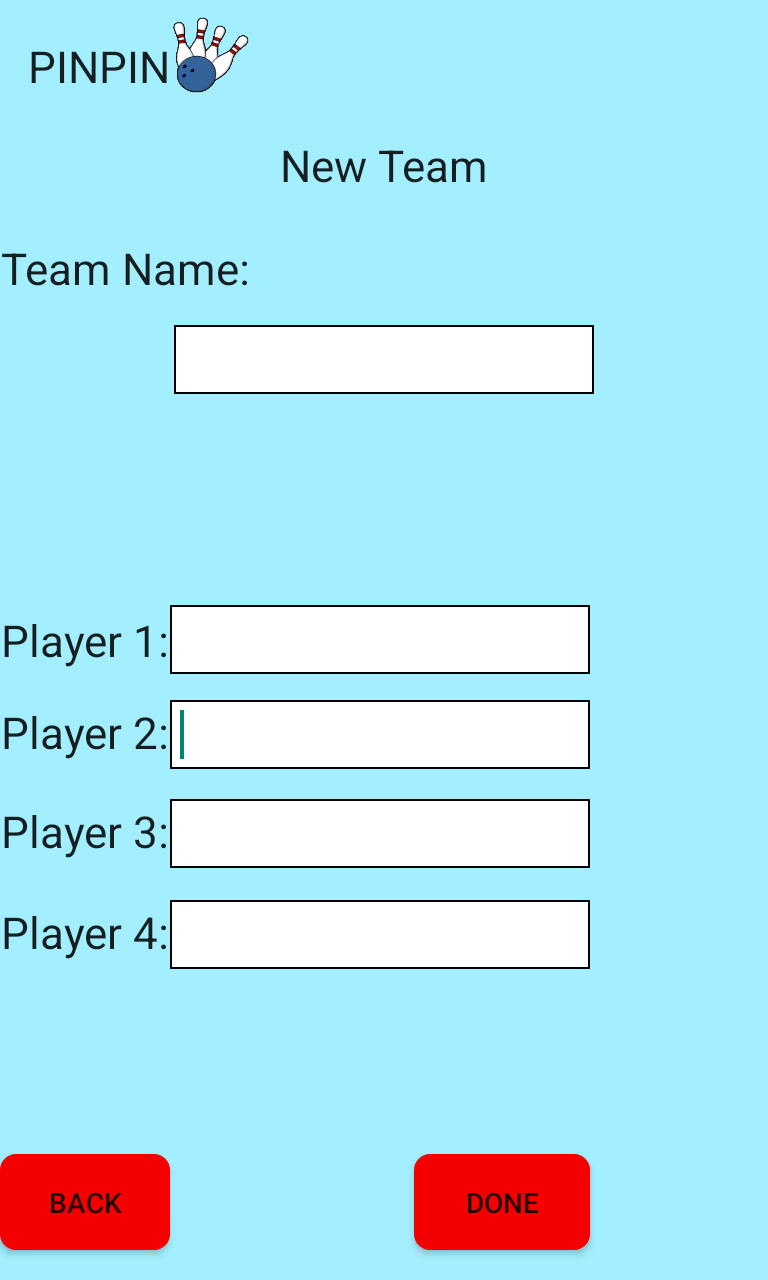
Repository: Atlaspud/TeamMasterE
Layout: BowlingGame/res/layout/new_team_fragment.xml
These files come from the project's save history. The layout is drawn as it stood at one moment and after the next save; the edit follows.
It is drawn on a 768 x 1280 px phone screen (xhdpi) without system bars, with theme AppTheme; the app's code is not run.

Above is the layout before, as saved 2014-10-28 16:46:24.

### BowlingGame/res/layout/new_team_fragment.xml
<?xml version="1.0" encoding="utf-8"?>
<RelativeLayout xmlns:android="http://schemas.android.com/apk/res/android"
    xmlns:tools="http://schemas.android.com/tools"
    android:layout_width="match_parent"
    android:layout_height="match_parent"
    android:background="@color/light_blue" >

    <ImageView
        android:id="@+id/imageView1"
        android:layout_width="40dp"
        android:layout_height="40dp"
        android:layout_alignBottom="@+id/textView1"
        android:layout_toRightOf="@+id/textView1"
        android:scaleType="fitXY"
        android:src="@drawable/pinpin_thumb"
        tools:ignore="ContentDescription" />

    <TextView
        android:id="@+id/textView1"
        android:layout_width="wrap_content"
        android:layout_height="wrap_content"
        android:layout_alignParentLeft="true"
        android:layout_alignParentTop="true"
        android:layout_marginLeft="14dp"
        android:layout_marginTop="18dp"
        android:text="PINPIN"
        android:textAppearance="?android:attr/textAppearanceLarge"
        tools:ignore="HardcodedText" />

    <TextView
        android:id="@+id/textView2"
        android:layout_width="wrap_content"
        android:layout_height="wrap_content"
        android:layout_below="@+id/imageView1"
        android:layout_centerHorizontal="true"
        android:layout_marginTop="20dp"
        android:text="New Team"
        android:textAppearance="?android:attr/textAppearanceLarge"
        tools:ignore="HardcodedText" />

    <EditText
        android:id="@+id/playerNameTwoTxt"
        android:layout_width="wrap_content"
        android:layout_height="wrap_content"
        android:layout_alignBaseline="@+id/TextView01"
        android:layout_alignBottom="@+id/TextView01"
        android:layout_alignLeft="@+id/playerNameOneTxt"
        android:background="@drawable/back"
        android:ems="10"
        android:padding="5dp"
        tools:ignore="TextFields" >

        <requestFocus />
    </EditText>

    <EditText
        android:id="@+id/playerNameThreeTxt"
        android:layout_width="wrap_content"
        android:layout_height="wrap_content"
        android:layout_alignBaseline="@+id/TextView02"
        android:layout_alignBottom="@+id/TextView02"
        android:layout_alignLeft="@+id/playerNameTwoTxt"
        android:background="@drawable/back"
        android:ems="10"
        android:padding="5dp"
        tools:ignore="TextFields" />

    <EditText
        android:id="@+id/playerNameFourTxt"
        android:layout_width="wrap_content"
        android:layout_height="wrap_content"
        android:layout_alignBaseline="@+id/TextView03"
        android:layout_alignBottom="@+id/TextView03"
        android:layout_alignLeft="@+id/playerNameThreeTxt"
        android:background="@drawable/back"
        android:ems="10"
        android:padding="5dp"
        tools:ignore="TextFields" />

    <TextView
        android:id="@+id/textView3"
        android:layout_width="wrap_content"
        android:layout_height="wrap_content"
        android:layout_alignRight="@+id/imageView1"
        android:layout_below="@+id/textView2"
        android:layout_marginTop="22dp"
        android:text="Team Name:"
        android:textAppearance="?android:attr/textAppearanceLarge"
        tools:ignore="HardcodedText" />

    <EditText
        android:id="@+id/newTeamTxt"
        android:layout_width="wrap_content"
        android:layout_height="wrap_content"
        android:layout_below="@+id/textView3"
        android:layout_centerHorizontal="true"
        android:layout_marginTop="14dp"
        android:background="@drawable/back"
        android:ems="10"
        android:padding="5dp"
        tools:ignore="TextFields,HardcodedText" />

    <EditText
        android:id="@+id/playerNameOneTxt"
        android:layout_width="wrap_content"
        android:layout_height="wrap_content"
        android:layout_alignLeft="@+id/imageView1"
        android:layout_centerVertical="true"
        android:background="@drawable/back"
        android:ems="10"
        android:padding="5dp"
        tools:ignore="TextFields" />

    <TextView
        android:id="@+id/TextView01"
        android:layout_width="wrap_content"
        android:layout_height="wrap_content"
        android:layout_below="@+id/playerNameOneTxt"
        android:layout_marginTop="14dp"
        android:layout_toLeftOf="@+id/playerNameTwoTxt"
        android:text="Player 2:"
        android:textAppearance="?android:attr/textAppearanceLarge"
        tools:ignore="HardcodedText" />

    <TextView
        android:id="@+id/TextView02"
        android:layout_width="wrap_content"
        android:layout_height="wrap_content"
        android:layout_below="@+id/playerNameTwoTxt"
        android:layout_marginTop="16dp"
        android:layout_toLeftOf="@+id/playerNameThreeTxt"
        android:text="Player 3:"
        android:textAppearance="?android:attr/textAppearanceLarge"
        tools:ignore="HardcodedText" />

    <TextView
        android:id="@+id/TextView03"
        android:layout_width="wrap_content"
        android:layout_height="wrap_content"
        android:layout_alignLeft="@+id/TextView02"
        android:layout_below="@+id/playerNameThreeTxt"
        android:layout_marginTop="17dp"
        android:text="Player 4:"
        android:textAppearance="?android:attr/textAppearanceLarge"
        tools:ignore="HardcodedText" />

    <TextView
        android:id="@+id/textView4"
        android:layout_width="wrap_content"
        android:layout_height="wrap_content"
        android:layout_centerVertical="true"
        android:layout_toLeftOf="@+id/playerNameOneTxt"
        android:text="Player 1:"
        android:textAppearance="?android:attr/textAppearanceLarge"
        tools:ignore="HardcodedText" />

    <Button
        android:id="@+id/new_team_done_btn"
        android:layout_width="wrap_content"
        android:layout_height="wrap_content"
        android:layout_alignBaseline="@+id/new_team_back_btn"
        android:layout_alignBottom="@+id/new_team_back_btn"
        android:layout_alignRight="@+id/playerNameFourTxt"
        android:background="@drawable/red_custom_button"
        android:text="Done" />

    <Button
        android:id="@+id/new_team_back_btn"
        android:layout_width="wrap_content"
        android:layout_height="wrap_content"
        android:layout_alignParentBottom="true"
        android:layout_marginBottom="15dp"
        android:layout_toLeftOf="@+id/playerNameFourTxt"
        android:background="@drawable/red_custom_button"
        android:text="Back" />

</RelativeLayout>

### BowlingGame/res/values/colours.xml
<?xml version="1.0" encoding="utf-8"?>
<resources>
    <color name="light_blue">#A3EFFF</color>
    <color name="red">#F40000</color>
    <color name="dark_red">#C90000</color>
    <color name="white">#FFFFFF</color>
</resources>

### BowlingGame/res/drawable-hdpi/back.xml
<?xml version="1.0" encoding="utf-8"?>
<shape xmlns:android="http://schemas.android.com/apk/res/android" android:shape="rectangle">
    <solid android:color="#ffffff"/>
    <stroke android:width="1dip"
        	android:color="#000000"/>
</shape>

### BowlingGame/res/drawable-hdpi/red_custom_button.xml
<?xml version="1.0" encoding="utf-8"?>

<selector xmlns:android="http://schemas.android.com/apk/res/android" >
    <item android:state_pressed="true">
        <shape android:shape="rectangle">
            <corners android:bottomLeftRadius="8dp"
                	android:bottomRightRadius="8dp"
        			android:topLeftRadius="8dp"
        			android:topRightRadius="8dp"/>
            <solid android:color="#C90000"/>
		</shape>
</item>

    <item >
        <shape android:shape="rectangle">
            <corners android:bottomLeftRadius="8dp"
                	android:bottomRightRadius="8dp"
        			android:topLeftRadius="8dp"
        			android:topRightRadius="8dp"/>
            <solid android:color="#F40000"/>
		</shape>
</item>

</selector>

Loaded but not shown: BowlingGame/res/values/styles.xml (common file); BowlingGame/res/values-v11/styles.xml (common file); BowlingGame/res/values-v14/styles.xml (common file)

After the next save:
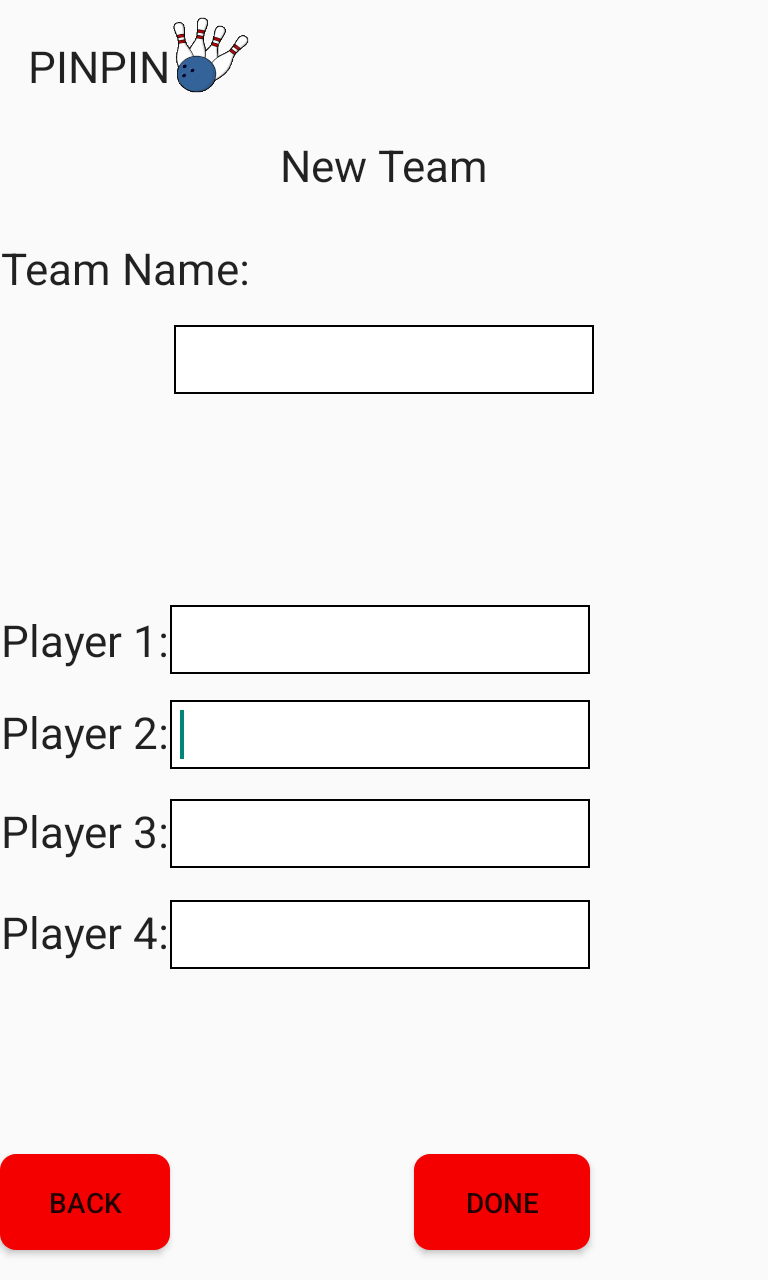
Saved 102 s later.
--- a/BowlingGame/res/layout/new_team_fragment.xml
+++ b/BowlingGame/res/layout/new_team_fragment.xml
@@ -2,8 +2,7 @@
 <RelativeLayout xmlns:android="http://schemas.android.com/apk/res/android"
     xmlns:tools="http://schemas.android.com/tools"
     android:layout_width="match_parent"
-    android:layout_height="match_parent"
-    android:background="@color/light_blue" >
+    android:layout_height="match_parent" >
 
     <ImageView
         android:id="@+id/imageView1"
